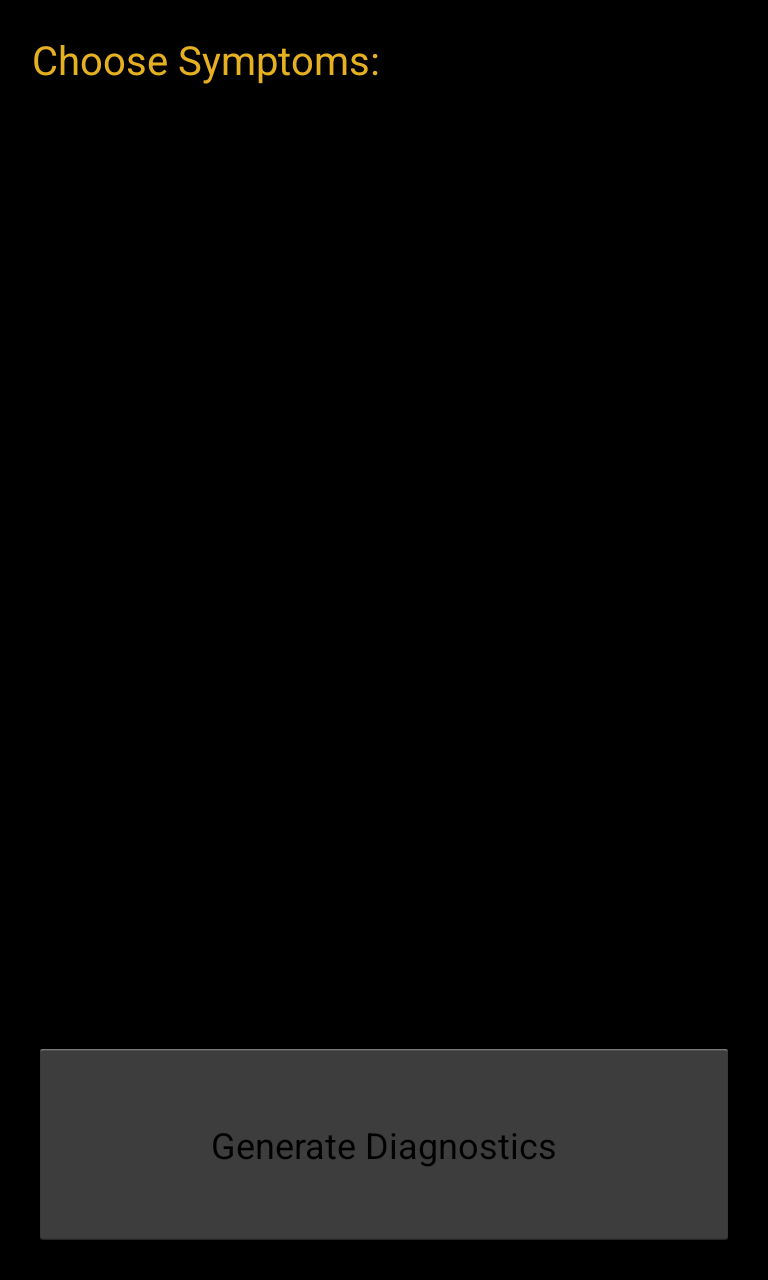
Repository: diogosufil/AcupunturaClienteAndroid
Layout: AcupunturaClienteAndroid/res/layout/activity_symptoms.xml
The author's editor kept a copy of each file at every save. The layout is drawn from the files as they stood at one save, then again after the next save.
It is drawn on a 768 x 1280 px phone screen (xhdpi) without system bars, with theme AppTheme; the app's code is not run. Lists and similar views that code fills are empty.

Above is the layout before, as saved 2015-01-07 22:31:44.

### AcupunturaClienteAndroid/res/layout/activity_symptoms.xml
<LinearLayout xmlns:android="http://schemas.android.com/apk/res/android"
    xmlns:tools="http://schemas.android.com/tools"
    android:id="@+id/LinearLayout1"
    android:layout_width="match_parent"
    android:layout_height="match_parent"
    android:background="#000000"
    android:orientation="vertical"
    android:paddingBottom="@dimen/activity_vertical_margin"
    android:paddingLeft="@dimen/activity_horizontal_margin"
    android:paddingRight="@dimen/activity_horizontal_margin"
    android:paddingTop="@dimen/activity_vertical_margin"
    tools:context="com.example.acupunturaclienteandroid.Symptoms" >

    <TextView
        android:layout_width="wrap_content"
        android:layout_height="wrap_content"
        android:text="@string/chooseSymptoms"
        android:textColor="@color/gold"
        android:textSize="20sp" />

    <ListView
        android:id="@+id/listViewDiag"
        android:layout_width="match_parent"
        android:layout_height="304dp"
        android:layout_weight="0.47" >
    </ListView>

    <Button
        android:id="@+id/buttonGeraDiagn"
        android:layout_width="match_parent"
        android:layout_height="wrap_content"
        android:layout_weight="0.15"
        android:text="@string/generateDiagnostics" />

</LinearLayout>

### AcupunturaClienteAndroid/res/values/strings.xml
<?xml version="1.0" encoding="utf-8"?>
<resources>

    <string name="app_name">Acupuncture</string>
    <string name="hello_world">Hello world!</string>
    <string name="action_settings">Settings</string>
    <string name="title_activity_menu">Menu</string>
    <string name="title_activity_main">Acupuncture</string>
    <string name="login">Login</string>
    <string name="username">Username</string>
    <string name="password">Password</string>
    <string name="nothing"></string>
    <string name="logout">Logout</string>
    <string name="data_management">Generate Diagnostics</string>
    <string name="human_resources">Human Resources</string>
    <string name="title_activity_data_management">Generate Diagnostics</string>
    <string name="title_activity_human_resources">Human Resources</string>
    <string name="generateDiagnostics">Generate Diagnostics</string>
    <string name="symptoms">Symptoms</string>
    <string name="chooseSymptoms">Choose Symptoms:</string>
    <string name="title_activity_consultation">Consultation</string>
    <string name="title_activity_appointment">New Appointment</string>
    <string name="newAppointment">New Appointment</string>
    <string name="patientBi">Patient Identification (BI or CU):</string>
    <string name="name">Name:</string>
    <string name="bi_Cu">BI or CU:</string>
    <string name="birthdate">Birthdate:</string>
    <string name="clinicalRecord">Clinical Record</string>
    <string name="title_activity_symptoms">Symptoms</string>
    <string name="title_activity_diagnostics">Diagnostics</string>
    <string name="diag_result">Diagnostics Result:</string>

</resources>

### AcupunturaClienteAndroid/res/values/color.xml
<?xml version="1.0" encoding="utf-8"?>
<resources>

 <color name="orange">#ff5500</color>
 <color name="white">#ffffff</color>
 <color name="transparent">#00000000</color>
 <color name="date_color">#999999</color>
 <color name="black">#000000</color>
 <color name="gray">#999999</color>
 <color name="blue">#0066cc</color>
 <color name="gold">#e6b121</color>
 <color name="blueback">#99FFFF</color>
 <color name="articlecolor">#3399FF</color>
 <color name="article_title">#3399FF</color>
 <color name="cachecolor">#8ad0e8</color>

</resources>

Loaded but not shown: AcupunturaClienteAndroid/res/values/styles.xml (common file); AcupunturaClienteAndroid/res/values-v11/styles.xml (common file); AcupunturaClienteAndroid/res/values-v14/styles.xml (common file); AcupunturaClienteAndroid/res/values/dimens.xml (common file); AcupunturaClienteAndroid/res/values-w820dp/dimens.xml (common file)

After the next save:
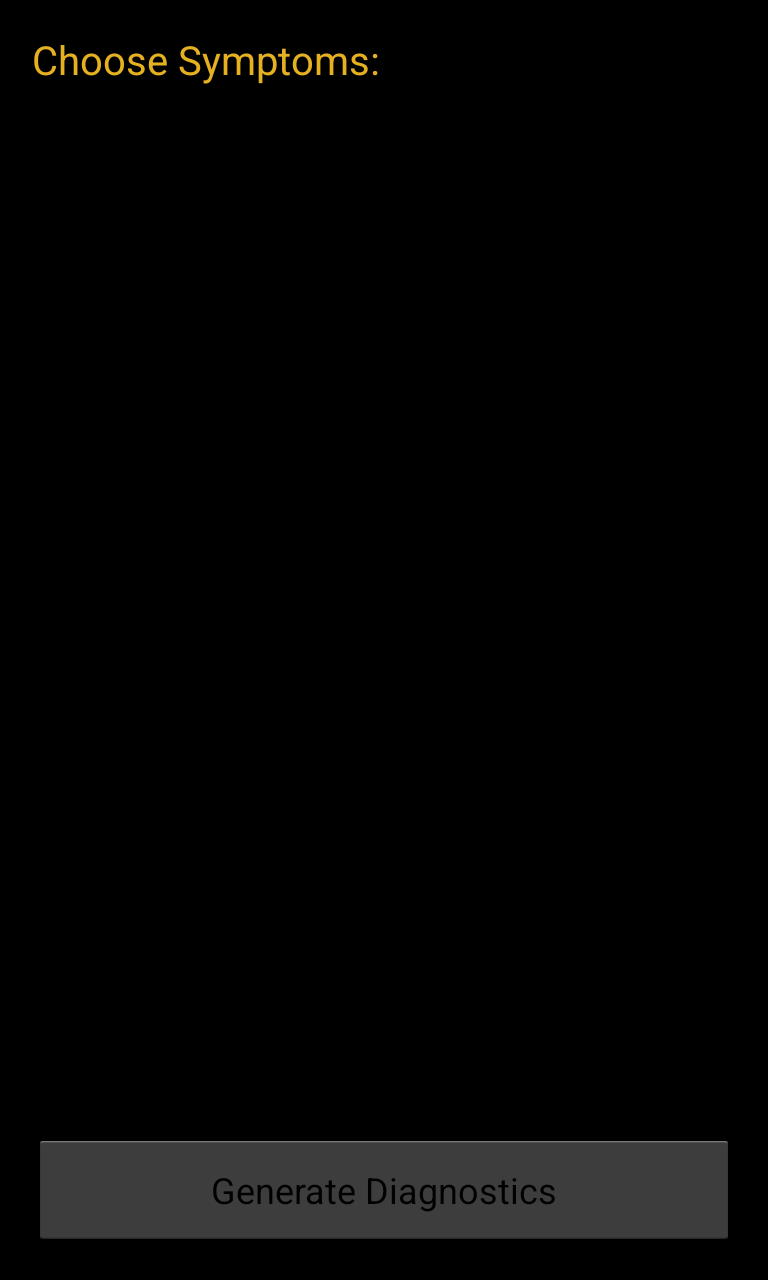
Saved 38 s later.
--- a/AcupunturaClienteAndroid/res/layout/activity_symptoms.xml
+++ b/AcupunturaClienteAndroid/res/layout/activity_symptoms.xml
@@ -29,7 +29,7 @@
         android:id="@+id/buttonGeraDiagn"
         android:layout_width="match_parent"
         android:layout_height="wrap_content"
-        android:layout_weight="0.15"
+        android:layout_weight="0.02"
         android:text="@string/generateDiagnostics" />
 
 </LinearLayout>
